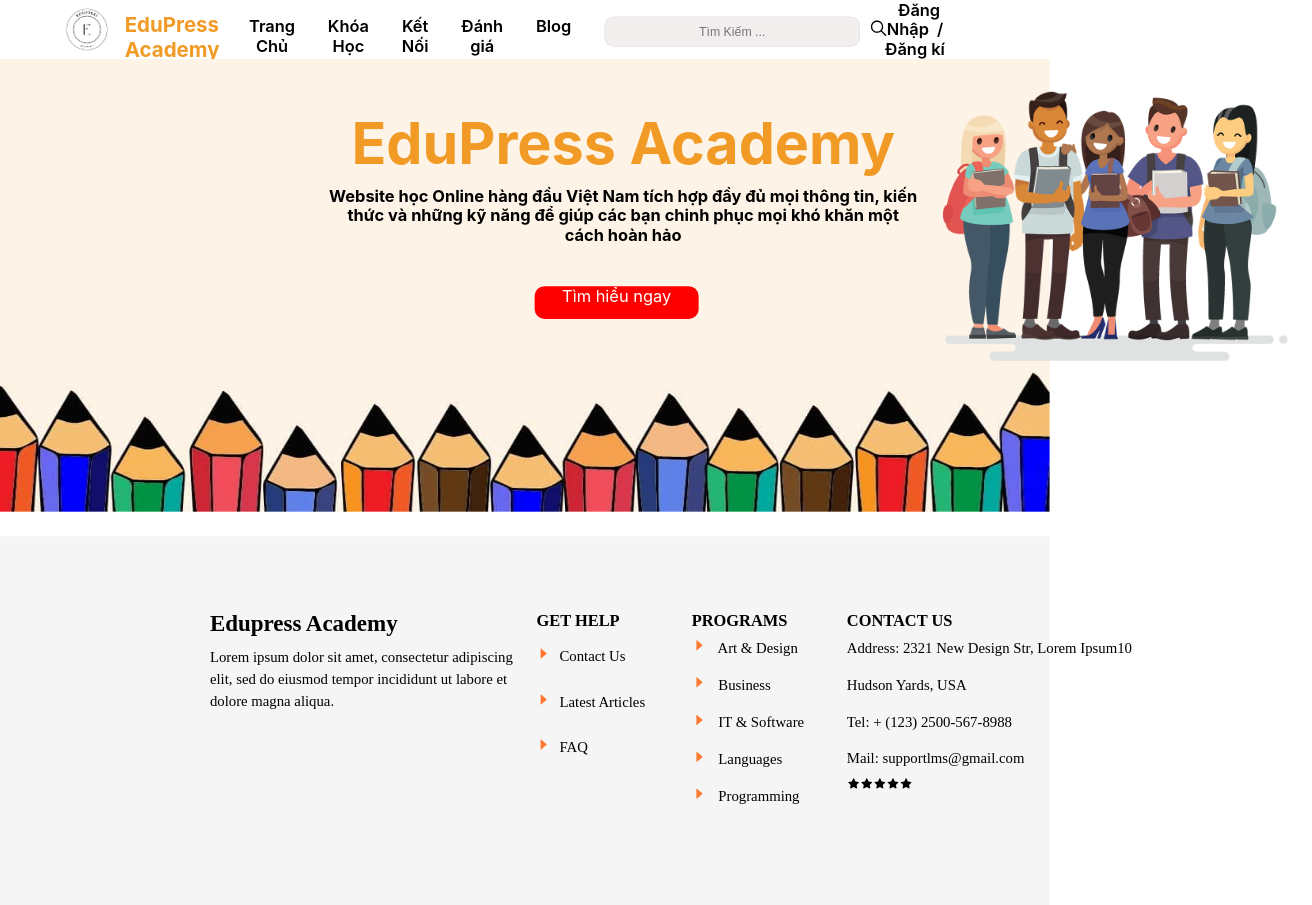
Repository: hieu1802/WebsiteEdupress
Page: /CouresPage (app in my-app/)
An editor plug-in stored every save of this project. The page is shown before and after the next save, followed by the edit.
The browser window is 1280 px wide. The page is 1600 px wide, so the pictures cover 1600 px, including what lies to the right of the window. The pictures show the whole page, at 82% of full size.
The project was rebuilt for these pictures with package versions that can differ from the ones it lists, and the page was loaded fresh each time. Also part of the build but not shown: my-app/src/App.css, my-app/src/Components/data/FeaturedCoursesDaa.jsx, my-app/src/Components/data/topCategories.jsx, my-app/src/Components/HomePage/ContainerPage.jsx, my-app/src/Components/HomePage/HomePage.jsx, my-app/src/Components/Login/Login.css, my-app/src/Components/Modal/Modal.css, my-app/src/Components/Modal/Modal.jsx and 6 more.

Above is the page before, as saved 2024-08-15 17:35:15.

After the next save:
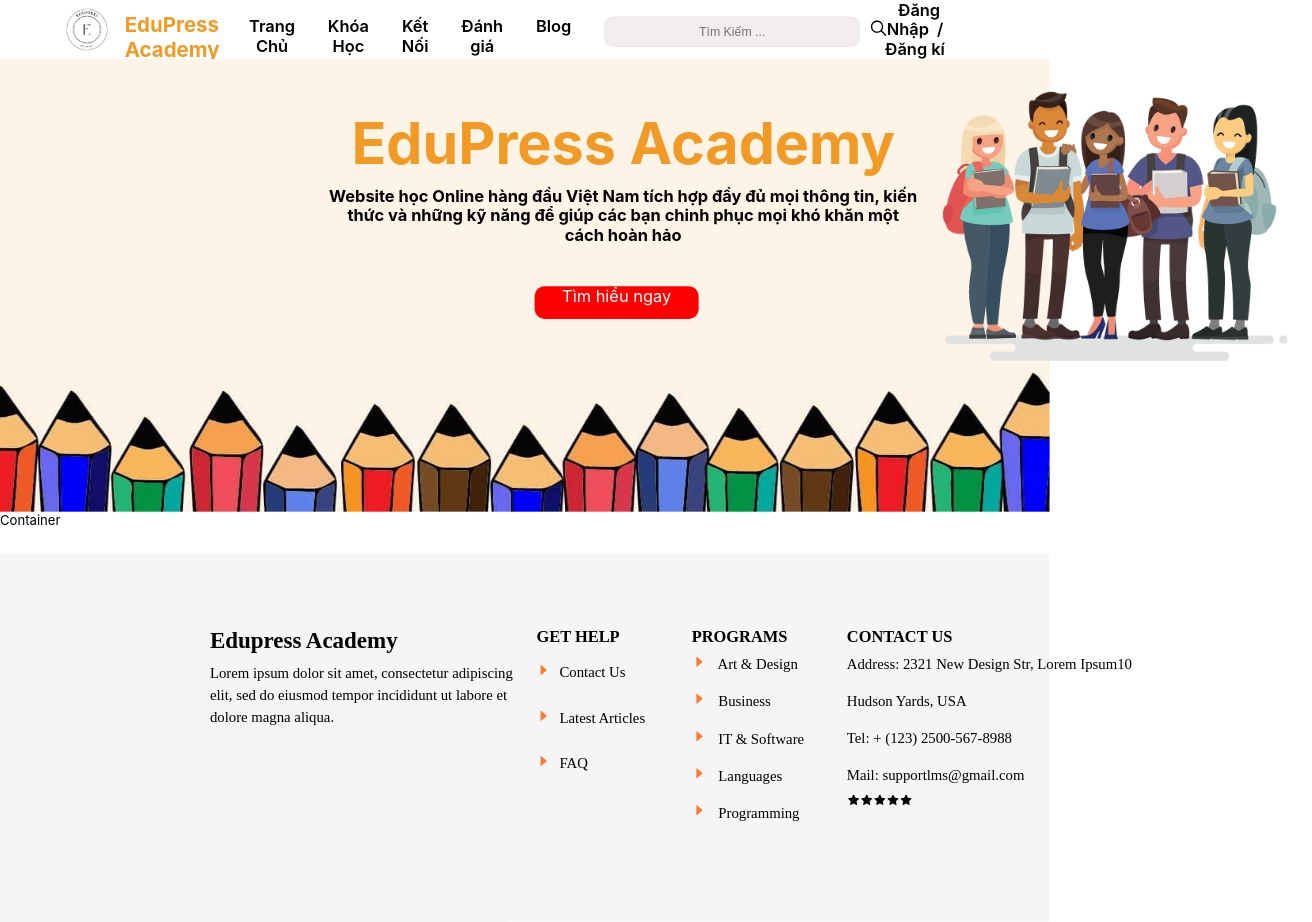
Saved 27 s later.
--- a/my-app/src/Components/CouresPage/CouresPage.jsx
+++ b/my-app/src/Components/CouresPage/CouresPage.jsx
@@ -1,12 +1,13 @@
 import React from 'react'
 import Header from '../HomePage/Header'
 import Footer from '../HomePage/Footer'
+import Container from './Container'
 
 function CouresPage() {
   return (
    <>
       <Header/>
-
+      <Container/>
       <Footer/>
    </>
 

After the 3 saves that followed:
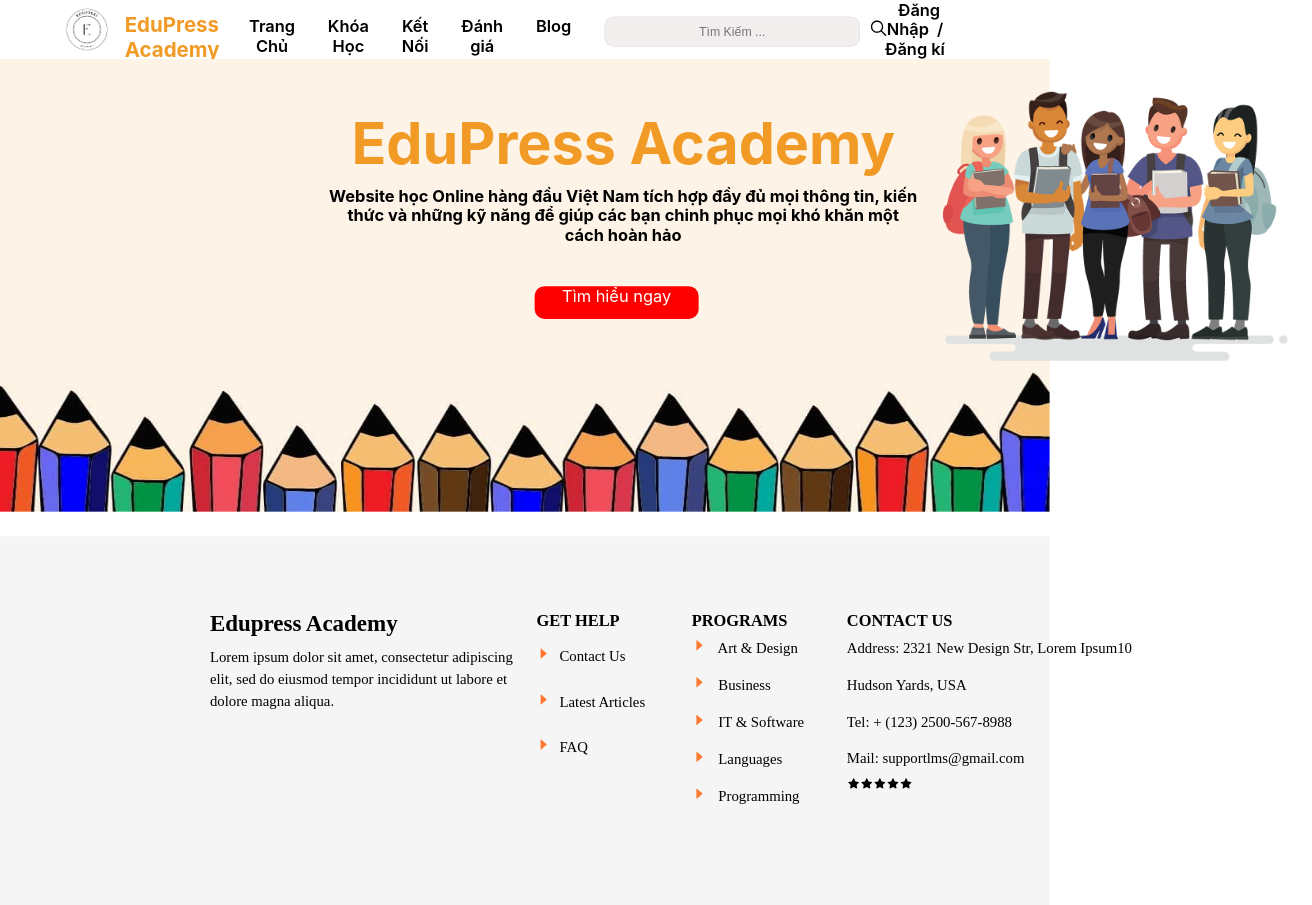
The 3 saves are shown as one change because 2 left the picture as it was.
The last was saved 91 s later.
--- a/my-app/src/Components/CouresPage/Container.jsx
+++ b/my-app/src/Components/CouresPage/Container.jsx
@@ -1,8 +1,11 @@
 import React from 'react'
+import './Container.css'
 
 function Container() {
   return (
-    <div>Container</div>
+    <div className='container'>
+
+    </div>
   )
 }
 
